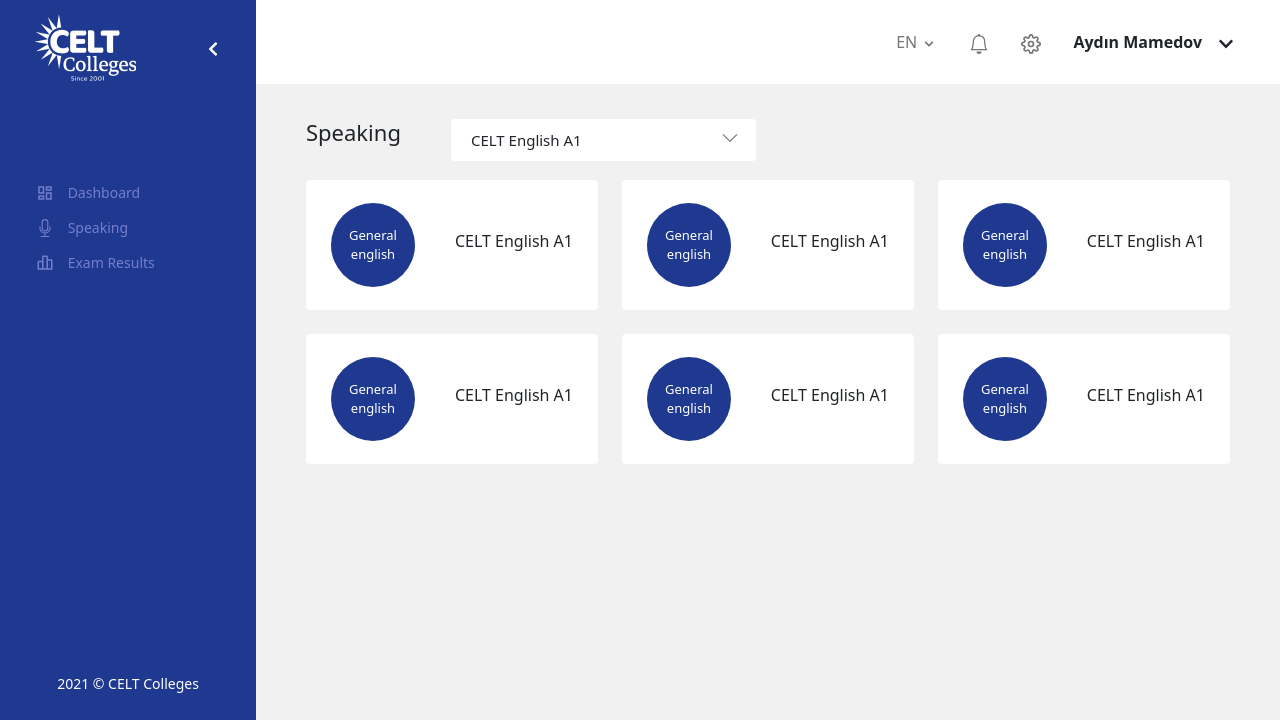
Repository: aydinws/celtapp
Page: /speaking
The author's editor kept a copy of each file at every save. The page is drawn from the files as they stood at one save, then again after the next save.
The browser window is 1280 px wide. The pictures show the whole page.
The project was rebuilt for these pictures with package versions that can differ from the ones it lists, and the page was loaded fresh each time. Also part of the build but not shown: src/pages/Dashboard/index.js, src/pages/ExamResults/index.scss, src/components/Table/index.scss, src/components/Pagination/index.scss, src/components/Pagination/index.js, src/components/Table/index.js, src/pages/ExamResults/index.js.

Above is the page before, as saved 2021-06-10 00:04:14.

### src/App.js
import React from 'react';

// files
import './assets/css/app.scss';

// pages
import Dashboard from './pages/Dashboard';
import ExamResults from './pages/ExamResults';
import Speakings from './pages/Speakings';

// npm modules
import 'bootstrap/dist/css/bootstrap.css';
import { BrowserRouter as Router, Switch, Route } from "react-router-dom";


function App() {
  return (
    <Router>
      <Switch>
        <Route path="/" exact component={Dashboard} />
        <Route path="/speaking" exact component={Speakings} />
        <Route path="/examresults" exact component={ExamResults} />
      </Switch>
    </Router>
  );
}

export default App;

### src/assets/css/app.scss
@import 'code';

* {
    padding: 0;
    margin: 0;
    list-style: none;
    text-decoration: none;
    outline: none;
}

body {
    height: 100%;
    background-color: $bgColor !important;
}

.app {
    height: 100%;
    display: flex;

    .content {
        height: 100vh;
        flex: 1;
    }
}

.section {
    margin: 35px 50px;

    @media screen and (max-width:481px) {
        margin: 35px 20px;
    }

    .content-body-head {

        h3 {
            font-size: 22px;
            margin: 0 0 35px;
        }

        .search-input {
            width: 278px;
            height: 42px;
            border-radius: 4px;
            overflow: hidden;
            float: right;

            @media screen and (max-width:768px) {
                margin: 0 0 20px;
                width: 100%;
            }
        }

        input {
            width: 236px;
            height: 42px;
            padding: 0 0 0 20px;
            border: 1px solid #FFFFFF;
            background-color: #FFFFFF;
            font-size: 15px;

            @media screen and (max-width:768px) {
                width: calc(100% - 42px);
            }
        }

        input::placeholder {
            font-weight: 500;
        }

        svg {
            fill: $grayColor;
            padding: 12px;
            width: 42px;
            height: 42px;
            background-color: #FFFFFF;
            margin: 0 0 4px;
        }
    }
}

.orange { fill: $orangeColor; color: $orangeColor !important; }
.red { fill: $redColor; color: $redColor !important; }
.green { fill: $greenColor; color: $greenColor !important; }
.c-pointer { cursor: pointer; }

### src/pages/Speakings/index.js
import React, { useState } from 'react';
import './index.scss';

// components
import Sidebar from '../../components/SideBar';
import TopBar from '../../components/TopBar';

//icons
import { BsChevronDown } from "react-icons/bs";

function Speaking() {

    const [visible, setVisible] = useState(true);

    const openCloseMenu = () => {
        setVisible(!visible);
    }
    return (
        <div className="app">
            {visible && <Sidebar openCloseMenu={openCloseMenu} />}

            <div className="content">
                <TopBar openCloseMenu={openCloseMenu} />

                <div className="section">
                    <div className="content-body-head">
                        <div className="row">
                            <div className="col-12 col-md-6 d-flex">
                                <h3>Speaking</h3>
                                <div className="select-option">
                                    <span>CELT English A1</span>
                                    <BsChevronDown />
                                </div>
                            </div>
                        </div>
                    </div>
                    <div className="content-body">
                        <div className="row">
                            <div className="col-12 col-md-6 col-lg-4 mb-4">
                                <div className="card card--speaking">
                                    <div className="card-circle">
                                        <p>General english</p>
                                    </div>
                                    <h6>CELT English A1</h6>
                                </div>
                            </div>
                            <div className="col-12 col-md-6 col-lg-4 mb-4">
                                <div className="card card--speaking">
                                    <div className="card-circle">
                                        <p>General english</p>
                                    </div>
                                    <h6>CELT English A1</h6>
                                </div>
                            </div>
                            <div className="col-12 col-md-6 col-lg-4 mb-4">
                                <div className="card card--speaking">
                                    <div className="card-circle">
                                        <p>General english</p>
                                    </div>
                                    <h6>CELT English A1</h6>
                                </div>
                            </div>
                            <div className="col-12 col-md-6 col-lg-4 mb-4">
                                <div className="card card--speaking">
                                    <div className="card-circle">
                                        <p>General english</p>
                                    </div>
                                    <h6>CELT English A1</h6>
                                </div>
                            </div>
                            <div className="col-12 col-md-6 col-lg-4 mb-4">
                                <div className="card card--speaking">
                                    <div className="card-circle">
                                        <p>General english</p>
                                    </div>
                                    <h6>CELT English A1</h6>
                                </div>
                            </div>
                            <div className="col-12 col-md-6 col-lg-4 mb-4">
                                <div className="card card--speaking">
                                    <div className="card-circle">
                                        <p>General english</p>
                                    </div>
                                    <h6>CELT English A1</h6>
                                </div>
                            </div>
                        </div>
                    </div>
                </div>
            </div>
        </div>
    );
}

export default Speaking;

### src/assets/css/code.scss
$bgColor: #F1F1F1;
$mainBlue: #1E398F;
$blueTextColor: #757ECB;
$orangeColor: #EE7100;
$redColor: #C10000;
$greenColor: #009F3F;
$grayColor: #767676;

### src/pages/Dashboard/index.scss
@import '../../assets/css/code.scss';
@import '../../assets/css/custom.scss';

.anime-h {
    height: 66px;
}

.content-body {
    .card {
        border-radius: 4px;
        padding: 23px 25px;
        overflow: hidden;

        &--dashboard {
            width: 100%;
            height: 100%;
            position: relative;
        }

        .card-header {
            border-bottom: 0.5px solid #DEDEDE;
            background-color: #FFFFFF;
            padding: 0;
            display: flex;
            justify-content: space-between;

            svg {
                fill: $orangeColor;
                width: 22px;
                height: 22px;
            }

            h4 {
                font-size: 18px;
                margin: 0 0 20px;
                padding: 0;
                cursor: pointer;
            }
        }

        ul {
            padding: 0;
        }

        ul li {
            margin-top: 25px;
        }

        ul li h4 {
            font-size: 15px;
            text-transform: uppercase;
            padding: 0;
        }

        ul li p {
            font-size: 12px;
            color: #878787;
        }

        label {
            display: flex;
            align-items: center;
            position: relative;
            cursor: pointer;
        }

        label {
            div {
                font-size: 15px;
                text-transform: uppercase;
                padding: 0;
                margin: 0 30px;
                font-weight: 500;
            }
        }

        a {
            color: $mainBlue;
            text-decoration: none;
            font-size: 13px;
            position: absolute;
            right: 0;
            bottom: 0;
            margin: 25px;
            font-weight: bold;
        }

        svg {
            fill: $mainBlue;
            width: 7px;
            padding: 0 0 2px;
        }
    }
}

### src/components/SideBar/index.js
import React from 'react';
import './index.scss';

// npm modules
import { Link } from "react-router-dom";

// icons
import { FaChevronLeft } from "react-icons/fa";
import { BsMic } from "react-icons/bs";
import { RiDashboardLine } from "react-icons/ri";
import { BiBarChartAlt2 } from "react-icons/bi";

// images
import Logo from '../../assets/images/logo.png';

function Sidebar({ openCloseMenu }) {
    return (
        <div className="side-bar">
            <div className="side-bar-content">
                <div className="side-bar-content-header">
                    <img src={Logo} alt="Logo" />
                    <FaChevronLeft onClick={openCloseMenu} />
                </div>
                <div className="side-bar-content-body">
                    <ul>
                        <li>
                            <Link to="/"><RiDashboardLine /> Dashboard</Link>
                        </li>
                        <li>
                            <Link to="/speaking"><BsMic /> Speaking</Link>
                        </li>
                        <li>
                            <Link to="/examresults"><BiBarChartAlt2 /> Exam Results</Link>
                        </li>
                    </ul>
                </div>
                <p>2021 © CELT Colleges</p>
            </div>
        </div>
    );
}

export default Sidebar;

### src/components/TopBar/index.js
import React from 'react';
import './index.scss';

// icons
import { FaChevronDown } from "react-icons/fa";
import { BsBell } from "react-icons/bs";
import { FiSettings } from "react-icons/fi";
import { GoThreeBars } from "react-icons/go";

// images
import Avatar from '../../assets/images/avatar.png';
import Logo from '../../assets/images/logo.png';

function TopBar({ openCloseMenu }) {
    return (
        <div className="top-bar">
            <img src={Logo} alt="Logo" />
            <ul>
                <li>
                    <span>EN <FaChevronDown /></span>
                </li>
                <li>
                    <BsBell />
                </li>
                <li>
                    <FiSettings onClick={openCloseMenu} />
                </li>
                <li>
                    <img src={Avatar} alt="Avatar" />
                    <span>Aydın Mamedov</span>
                    <FaChevronDown />
                </li>
                <li>
                    <GoThreeBars onClick={openCloseMenu} />
                </li>
            </ul>
        </div>
    );
}

export default TopBar;

### src/pages/Speakings/index.scss
@import '../../assets/css/code.scss';
@import '../../assets/css/custom.scss';

.anime-h {
    height: 64px;
}

.content-body {
    .card {
        border-radius: 4px;
        padding: 23px 25px;
        overflow: hidden;

        &--speaking {
            border: 0;
            flex-direction: row;
            justify-content: space-between;
            align-items: center;
            cursor: pointer;
        }

        .card-circle {
            width: 84px;
            height: 84px;
            background-color: $mainBlue;
            color: #FFFFFF;
            border-radius: 50%;
            text-align: center;
            display: flex;
            align-items: center;

            p {
                font-size: 13px;
                margin: 0;
            }

            h6 {
                font-size: 17px;
            }
        }
    }
}

.select-option {
    width: 100%;
    height: 42px;
    background-color: #FFFFFF;
    border-radius: 4px;
    overflow: hidden;
    display: flex;
    justify-content: space-between;
    align-items: center;
    padding: 0 5px 0 20px;
    margin: 0 0 0 50px;

    span {
        font-weight: 500;
        font-size: 15px;
    }
}

### src/assets/css/custom.scss
.custom-checkbox {
    position: absolute;
    opacity: 0;
    height: 0;
    width: 0;
}

.checkmark {
    position: absolute;
    top: 2px;
    left: 0;
    height: 18px;
    width: 18px;
    background-color: #eee;
    cursor: pointer;
    border-radius: 2px;
}

.custom-checkbox:hover input ~ .checkmark {
    background-color: #ccc;
}

.custom-checkbox:checked ~ .checkmark {
    background-color: $mainBlue;
}

.checkmark:after {
    content: "";
    position: absolute;
    display: none;
}

.custom-checkbox:checked ~ .checkmark:after {
    display: block;
}

.checkmark:after {
    left: 7px;
    top: 4px;
    width: 4px;
    height: 8px;
    border: solid white;
    border-width: 0 2px 2px 0;
    -webkit-transform: rotate(45deg);
    -ms-transform: rotate(45deg);
    transform: rotate(45deg);
}

.custom-radio {
    position: absolute;
    opacity: 0;
    height: 0;
    width: 0;
}

.radiomark {
    position: absolute;
    top: 2px;
    left: 0;
    height: 18px;
    width: 18px;
    background-color: #eee;
    cursor: pointer;
    border-radius: 50%;
}

.custom-radio input ~ .radiomark {
    background-color: #ccc;
}

.custom-radio:checked ~ .radiomark {
    background-color: $mainBlue;
}

.radiomark:after {
    content: "";
    position: absolute;
    display: none;
}

.custom-radio:checked ~ .radiomark:after {
    display: block;
}


.radiomark:after {
    top: 6px;
	left: 6px;
	width: 6px;
	height: 6px;
	border-radius: 50%;
	background: white;
}

### src/components/SideBar/index.scss
@import '../../assets/css/code.scss';

.side-bar {
    width: 256px;

    @media screen and (max-width:1024px) {
        position: fixed;
        z-index: 10;
    }

    .side-bar-content {
        width: 256px;
        height: 100%;
        position: fixed;
        z-index: 10;
        background-color: $mainBlue;

        p {
            width: 100%;
            text-align: center;
            position: absolute;
            bottom: 10px;
            color: #FFFFFF;
            font-size: 14px;
        }
    }

    .side-bar-content-header {
        display: flex;
        justify-content: space-between;
        padding: 14px 35px;
        align-items: center;

        svg {
            fill: #FFFFFF;
            cursor: pointer;
        }
    }

    .side-bar-content-body {
        ul {
            padding: 0;
            width: 100%;
            margin-top: 83px;
        }

        li {
            padding: 0 33px;
            margin: 10px 0;
            transition: border-left 200ms;
            border-left: 3px solid transparent;

            svg {
                width: 18px;
                height: 18px;
                fill: $blueTextColor;
                margin-right: 10px;
                margin-bottom: 3.5px;
                transition: fill 400ms;
            }

            a {
                font-size: 14px;
                color: $blueTextColor;
                text-decoration: none;
                transition: color 400ms;
            }

            &:hover {
                border-left: 3px solid #FFFFFF;
            }

            &:hover svg {
                fill: #FFFFFF;
            }

            &:hover a {
                color: #FFFFFF;
            }
        }
    }
}

### src/components/TopBar/index.scss
@import '../../assets/css/code.scss';

.top-bar {
    background-color: #FFFFFF;
    flex: 1;
    height: 84px;
    align-items: center;
    justify-content: space-between;
    z-index: 9;

    img {
        display: none;
    }

    @media screen and (max-width:1024px) {
        display: flex;
        background-color: $mainBlue;
        height: 69px;
        overflow: hidden;

        img {
            width: 69px;
            height: 47px;
            display: block;
            margin: 11px 20px;
        }
    }

    ul {
        display: flex;
        justify-content: flex-end;
        height: 84px;
        align-items: center;
        margin-right: 30px;

        @media screen and (max-width:1024px) {
            margin-right: 15px;
        }

        li {
            cursor: pointer;
            margin: 24px 16px;

            @media screen and (max-width:1024px) {
                margin: 17px 15px 0 0;
            }

            &:nth-child(1) span {
                color: $grayColor;
                @media screen and (max-width:1024px) {
                    color: #FFFFFF;
                }

                svg {
                    height: 10px;
                }
            }

            &:nth-child(2) {
                svg {
                    fill: $grayColor;
                    width: 20px;
                    height: 20px;

                    @media screen and (max-width:1024px) {
                        fill: #FFFFFF;
                    }
                }
            }

            &:nth-child(3) {
                svg {
                    stroke: $grayColor;
                    width: 20px;
                    height: 20px;
                }
            }

            &:nth-child(4) {
                img, span {
                    margin-right: 16px;
                }

                span {
                    font-weight: 600;
                }
            }

            &:nth-child(5) {
                @media screen and (min-width:1024px) {
                    display: none;
                }
                svg {
                    fill: $grayColor;
                    width: 20px;
                    height: 20px;
                    @media screen and (max-width:1024px) {
                        fill: #FFFFFF;
                    }
                }
            }

            @media screen and (max-width:1024px) {
                &:nth-child(3), &:nth-child(4) {
                    display: none;
                }
            }
        }
    }
}

Loaded but not shown: public/index.html (common file); src/index.js (common file)

After the next save:
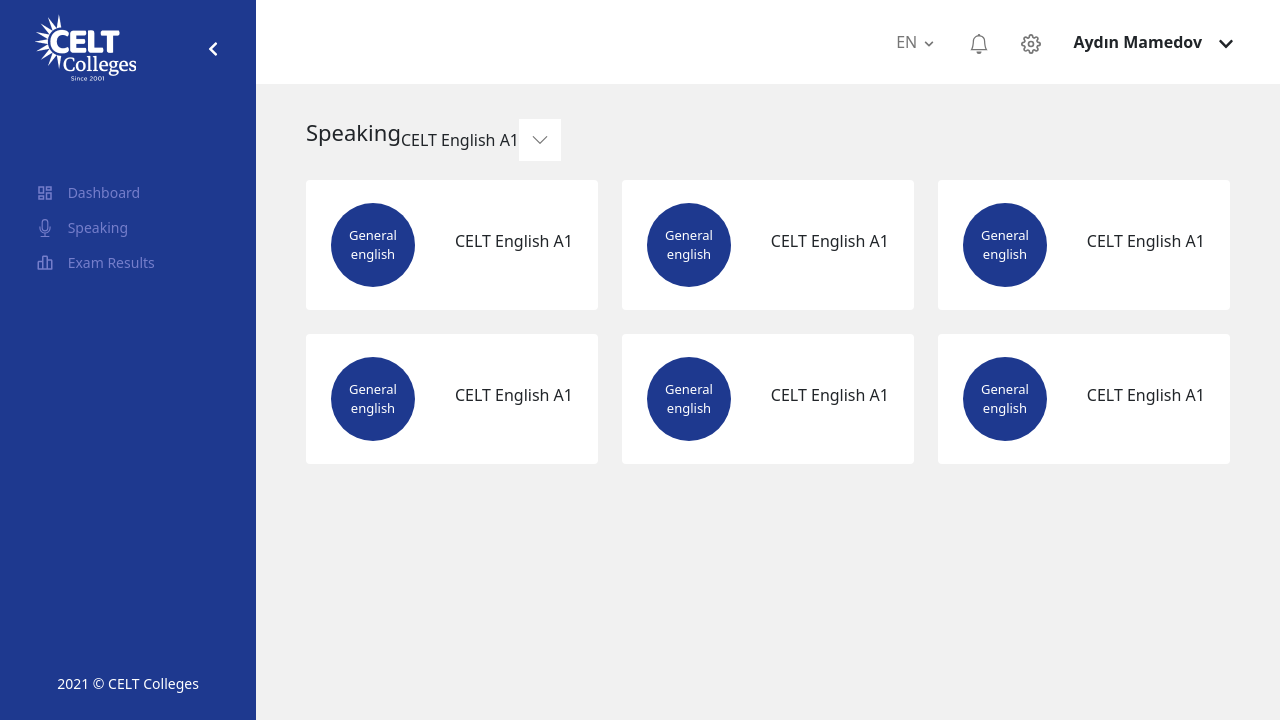
Saved 5 s later.
--- a/src/pages/Speakings/index.scss
+++ b/src/pages/Speakings/index.scss
@@ -40,21 +40,3 @@
         }
     }
 }
-
-.select-option {
-    width: 100%;
-    height: 42px;
-    background-color: #FFFFFF;
-    border-radius: 4px;
-    overflow: hidden;
-    display: flex;
-    justify-content: space-between;
-    align-items: center;
-    padding: 0 5px 0 20px;
-    margin: 0 0 0 50px;
-
-    span {
-        font-weight: 500;
-        font-size: 15px;
-    }
-}

After the save that followed:
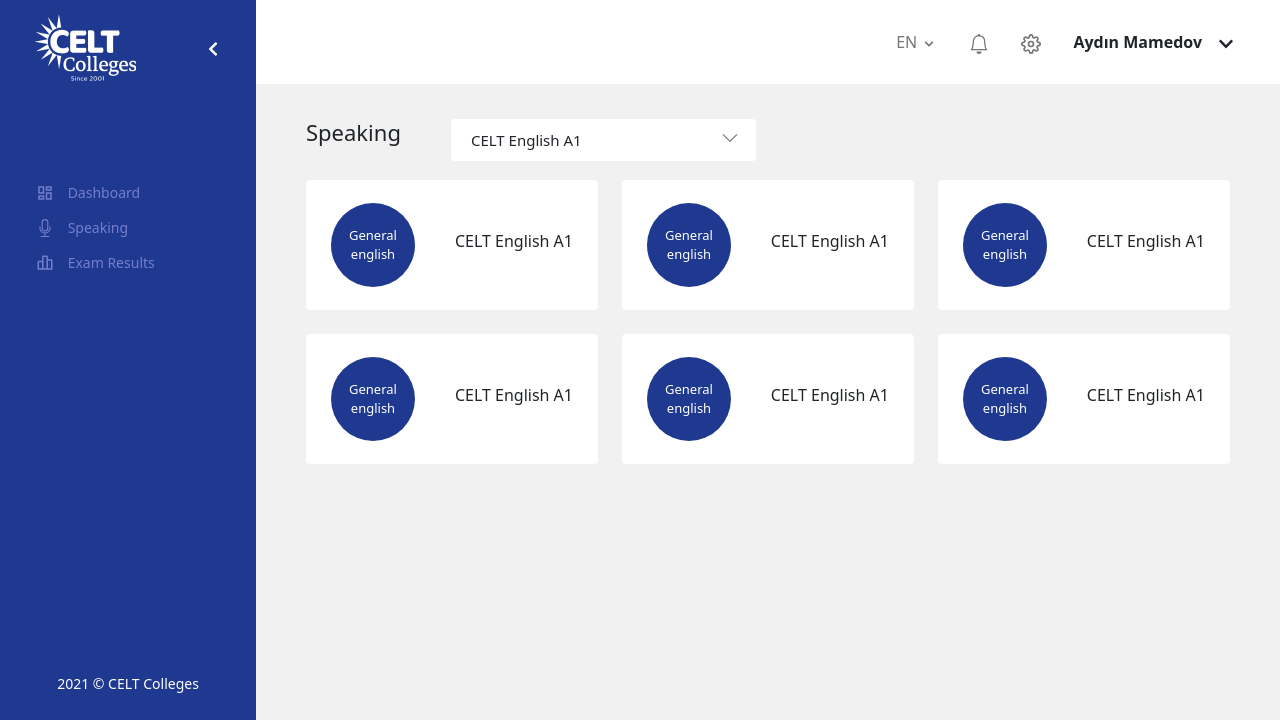
Saved 8 s later.
--- a/src/pages/Speakings/index.scss
+++ b/src/pages/Speakings/index.scss
@@ -40,3 +40,21 @@
         }
     }
 }
+
+.select-option {
+    width: 100%;
+    height: 42px;
+    background-color: #FFFFFF;
+    border-radius: 4px;
+    overflow: hidden;
+    display: flex;
+    justify-content: space-between;
+    align-items: center;
+    padding: 0 5px 0 20px;
+    margin: 0 0 0 50px;
+
+    span {
+        font-weight: 500;
+        font-size: 15px;
+    }
+}
